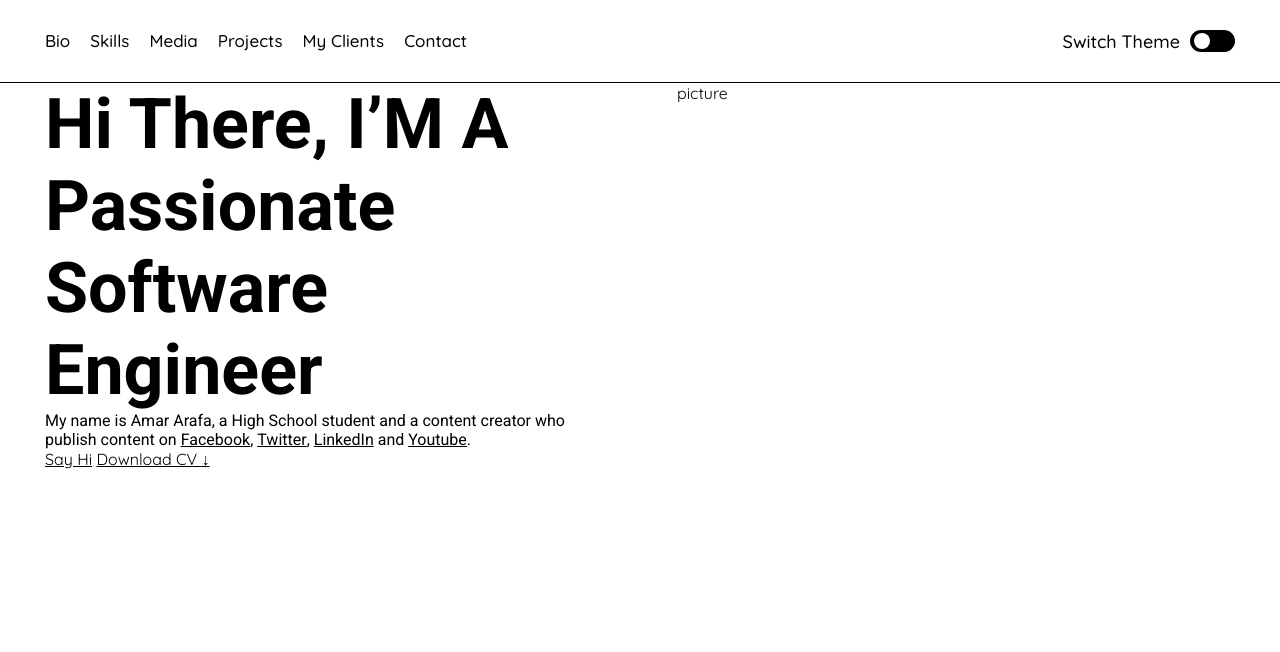
Repository: benarafa1/personal-website
Page: index.html
An editor plug-in stored every save of this project. The page is shown before and after the next save, followed by the edit.
The browser window is 1280 px wide. The pictures show the whole page.

Above is the page before, as saved 2025-04-12 07:29:25.

### index.html
<!DOCTYPE html>
<html lang="en">
  <head>
    <meta charset="UTF-8" />
    <meta name="viewport" content="width=device-width, initial-scale=1.0" />
    <link rel="preconnect" href="https://fonts.googleapis.com" />
    <link rel="preconnect" href="https://fonts.gstatic.com" crossorigin />
    <link rel="preconnect" href="https://fonts.googleapis.com" />
    <link rel="preconnect" href="https://fonts.gstatic.com" crossorigin />
    <link
      href="https://fonts.googleapis.com/css2?family=Quicksand:wght@300..700&family=Roboto:ital,wght@0,100;0,300;0,400;0,500;0,700;0,900;1,100;1,300;1,400;1,500;1,700;1,900&display=swap"
      rel="stylesheet"
    />

    <link rel="stylesheet" href="style.css" />
    <title>Amar Arafa</title>
  </head>

  <body>
    <div class="container">
      <header class="header">
        <nav class="navigation">
          <ul class="navigation__list">
            <li><a class="navigation__link" href="#">Bio</a></li>
            <li><a class="navigation__link" href="#">Skills</a></li>
            <li><a class="navigation__link" href="#">Media</a></li>
            <li><a class="navigation__link" href="#">Projects</a></li>
            <li><a class="navigation__link" href="#">My Clients</a></li>
            <li><a class="navigation__link" href="#">Contact</a></li>
          </ul>
        </nav>
        <div class="toggle">
          <h3 class="toggle__title">Switch Theme</h3>
          <input
            type="checkbox"
            name="toggle__checkbox"
            id="checkbox"
            class="toggle__checkbox"
          />
          <label for="checkbox" class="toggle__label"></label>
        </div>
      </header>
      <section class="bio section">
        <div class="bio__data-part">
          <h1 class="bio__heading">
            Hi There, I’M A Passionate Software Engineer
          </h1>
          <p class="bio__objective">
            My name is <span class="bio__name">Amar Arafa</span>, a High School
            student and a content creator who publish content on
            <a href="#" class="bio__Facebook">Facebook</a>,
            <a href="#" class="bio__Twitter">Twitter</a>,
            <a href="#" class="bio__LinkedIn">LinkedIn</a> and
            <a href="#" class="bio__Youtube">Youtube</a>.
          </p>
          <a href="#" class="bio__links say-hi-link">Say Hi</a>
          <a href="#" class="bio__links download-cv-link"
            >Download CV <span class="bio__arrow">↓</span></a
          >
        </div>
        <div class="bio__pic-part">picture</div>
      </section>
    </div>
  </body>
</html>

### style.css
:root {
  --container-width: 119rem;
  --gutter: 2rem;
  --color-black: #000;
  --color-white: #fff;
  --color-blue: #2374e1;
  --color-light-blue: #1d9bf0;
  --color-dark-blue: #0a66c2;
  --color-darker-blue: #143ce8;
  --color-red: #ff0000;
  --color-green: #03a696;
  --color-grey: #f6f6f6;
  --color-dark-green: #42959b;
  --color-background: var(--color-white);
  --color-text: var(--color-black);
  --color-box-img: var(--color-black);
  --color-link-bg: var(--color-black);
  --color-input-border: var(--color-black);
  --font-family-Roboto: "Roboto", sans-serif;
  --font-family-Quicksand: "Quicksand", sans-serif;
  --font-weight-regular: 400;
  --font-weight-medium: 500;
  --font-weight-semi-bold: 600;
  --font-weight-bold: 700;
  --font-size-70: 7rem;
  --font-size-65: 6.5rem;
  --font-size-40: 4rem;
  --font-size-38: 3.8rem;
  --font-size-24: 2.4rem;
  --font-size-22: 2.2rem;
  --font-size-20: 2rem;
  --font-size-18: 1.8rem;
  --font-size-15: 1.5rem;
  --transition-timing: 0.3s;
}

/* start CSS Reset */
*,
*::before,
*::after {
  box-sizing: border-box;
  margin: 0;
  padding: 0;
  font: inherit;
}

a {
  color: inherit;
  display: inline-block;
}

button {
  background-color: transparent;
  border: none;
  cursor: pointer;
}

ul,
ol {
  list-style: none;
}
/* end CSS Reset */

body {
  font-size: 1.6rem;
  font-family: var(--font-family-Quicksand);
}

html {
  font-size: 62.5%;
  scroll-behavior: smooth;
  scroll-padding-top: 11rem;
}

.container {
  margin: 0 auto;
  width: var(--container-width);
}

.navigation__list {
  display: flex;
  gap: 2rem;
}
.navigation__link:link,
.navigation__link:visited {
  font-weight: var(--font-weight-medium);
  text-decoration: none;
  font-size: 1.7rem;
}

.navigation__link:hover,
.navigation__link:active {
  text-decoration: underline;
}

.header {
  position: relative;
  padding: 3rem 0;
  display: flex;
  justify-content: center;
}
.header::before {
  content: "";
  position: absolute;
  height: 100%;
  width: 100vw;
  top: 0;
  z-index: -1;
  border-bottom: 0.1rem solid var(--color-input-border);
}

/* toggle start */
.toggle {
  display: flex;
  gap: 1rem;
  margin-left: auto;
}
.toggle__title {
  font-weight: var(--font-weight-medium);
  font-size: var(--font-size-18);
}
.toggle__checkbox {
  display: none;
}

.toggle__label {
  display: block;
  width: 4.5rem;
  height: 2.2rem;
  border-radius: 1.5rem;
  background-color: var(--color-black);
  cursor: pointer;
  padding: 0.3rem 0.4rem;
  transition: var(--transition-timing);
}

.toggle__label::before {
  content: "";
  display: block;
  width: 1.6rem;
  height: 1.6rem;
  border-radius: 50%;
  background-color: var(--color-white);
  transition: var(--transition-timing);
}

.toggle__checkbox:checked + .toggle__label {
  background-color: var(--color-white);
}
.toggle__checkbox:checked + .toggle__label::before {
  background-color: var(--color-black);
  transform: translateX(2.1rem);
}
/* toggle end */
.section {
  display: grid;
  align-items: start;
}
/* bio component start */
.bio {
  grid-template-columns: repeat(2, 1fr);
  gap: 7.4rem;
}

.bio__heading {
  font-family: var(--font-family-Roboto);
  font-size: var(--font-size-70);
  font-weight: var(--font-weight-bold);
}
.bio__objective {
  font-family: var(--font-family-Roboto);
}
/* bio component end */

After the next save:
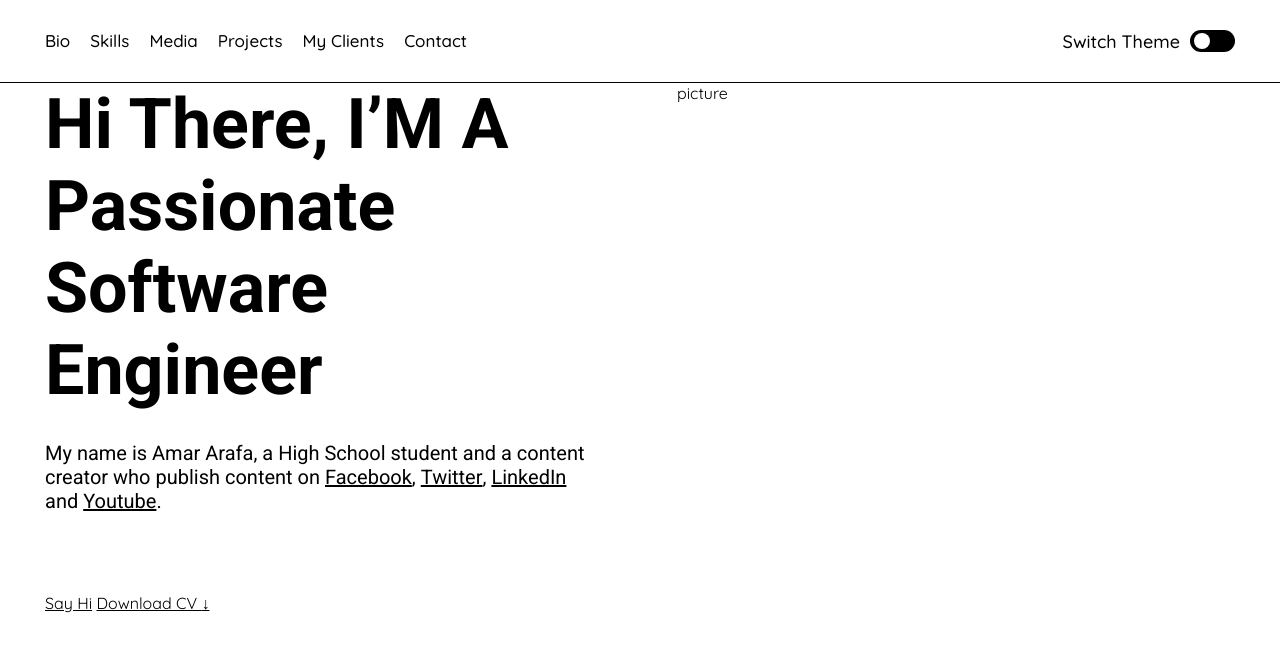
Saved 2 min 50 s later.
--- a/style.css
+++ b/style.css
@@ -169,5 +169,10 @@ html {
 }
 .bio__objective {
   font-family: var(--font-family-Roboto);
+  font-weight: var(--font-weight-regular);
+  font-size: var(--font-size-20);
+  margin: 3rem 0 8rem;
+}
+.bio__name {
 }
 /* bio component end */
